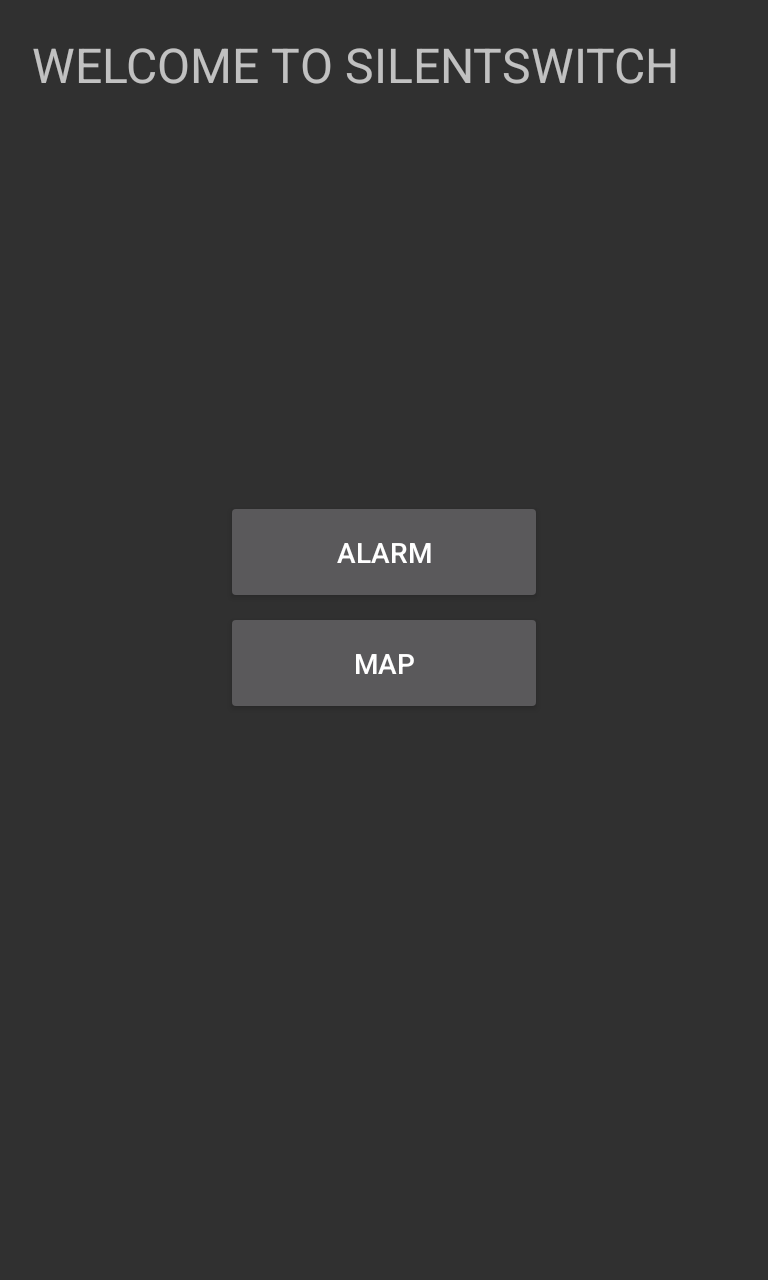
Repository: karakor/SilentSwitch2
Layout: SilentSwitch/res/layout/activity_main.xml
An editor plug-in stored every save of this project. The layout is shown before and after the next save, followed by the edit.
It is drawn on a 768 x 1280 px phone screen (xhdpi) without system bars, with theme Theme.AppCompat; the app's code is not run.

Above is the layout before, as saved 2015-03-02 10:59:55.

After the next save:
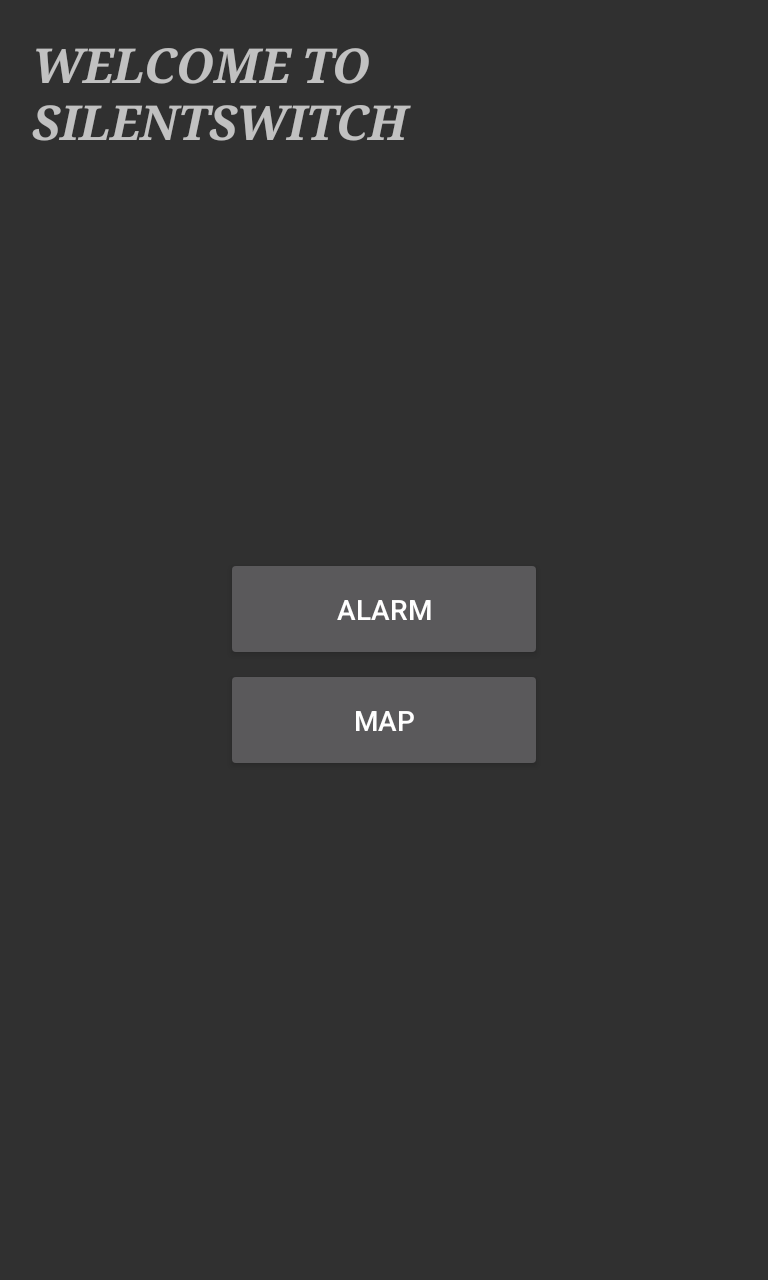
Saved 10 s later.
--- a/SilentSwitch/res/layout/activity_main.xml
+++ b/SilentSwitch/res/layout/activity_main.xml
@@ -13,7 +13,9 @@
         android:layout_width="wrap_content"
         android:layout_height="wrap_content"
         android:text="@string/hello_world"
-        android:textSize="24sp" />
+        android:textSize="24sp"
+        android:textStyle="bold|italic"
+        android:typeface="serif"  />
 
     <Button
         android:id="@+id/Alarm_btn"
